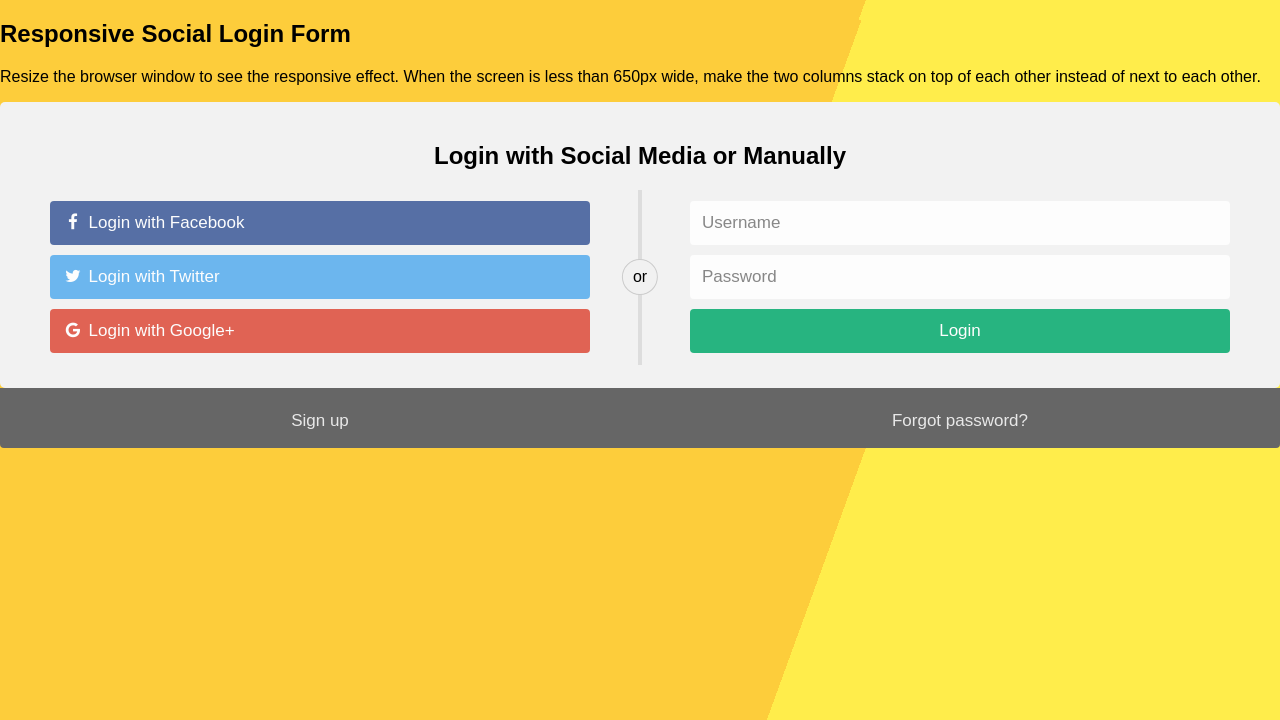
Repository: JohnRudolph1/Movie-Blog
Page: html/login.html
An editor plug-in stored every save of this project. The page is shown before and after the next save, followed by the edit.
The browser window is 1280 px wide. The pictures show the whole page.

Above is the page before, as saved 2022-01-03 11:39:32.

After the next save:
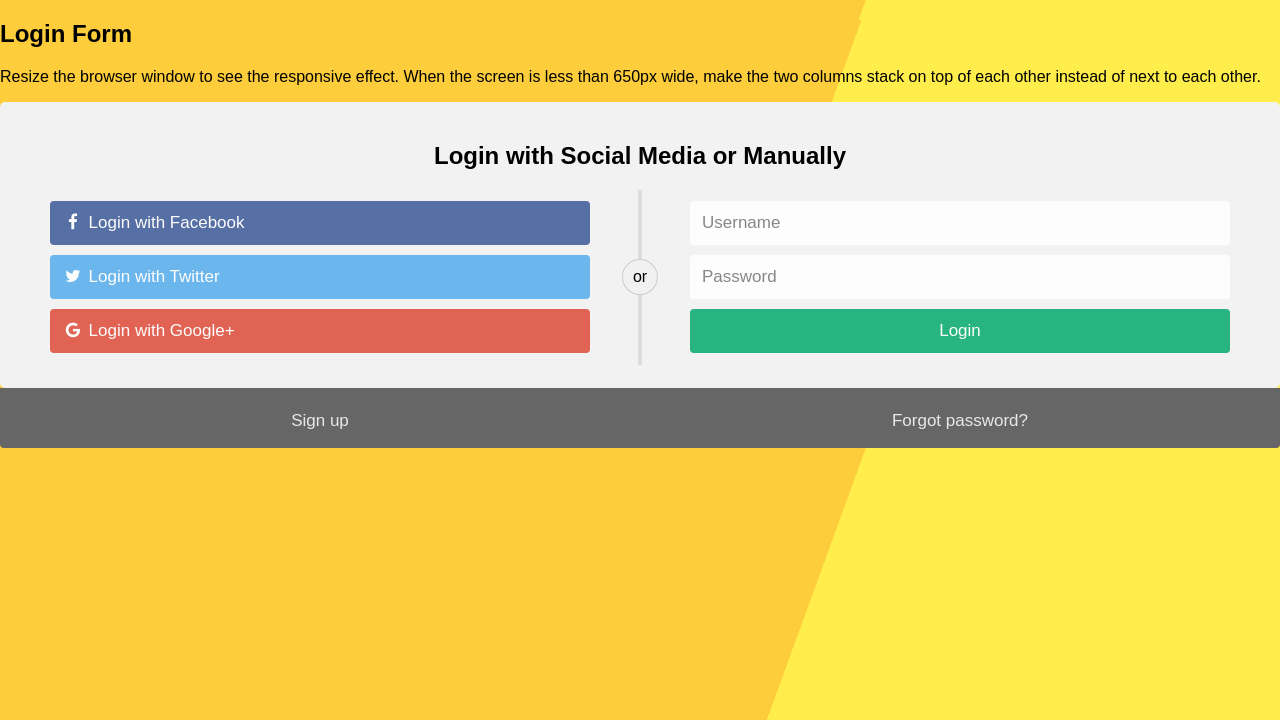
Saved 9 s later.
--- a/html/login.html
+++ b/html/login.html
@@ -8,7 +8,7 @@
 </head>
 <body>
 
-<h2>Responsive Social Login Form</h2>
+<h2>Login Form</h2>
 <p>Resize the browser window to see the responsive effect. When the screen is less than 650px wide, make the two columns stack on top of each other instead of next to each other.</p>
 
 <div class="container">
